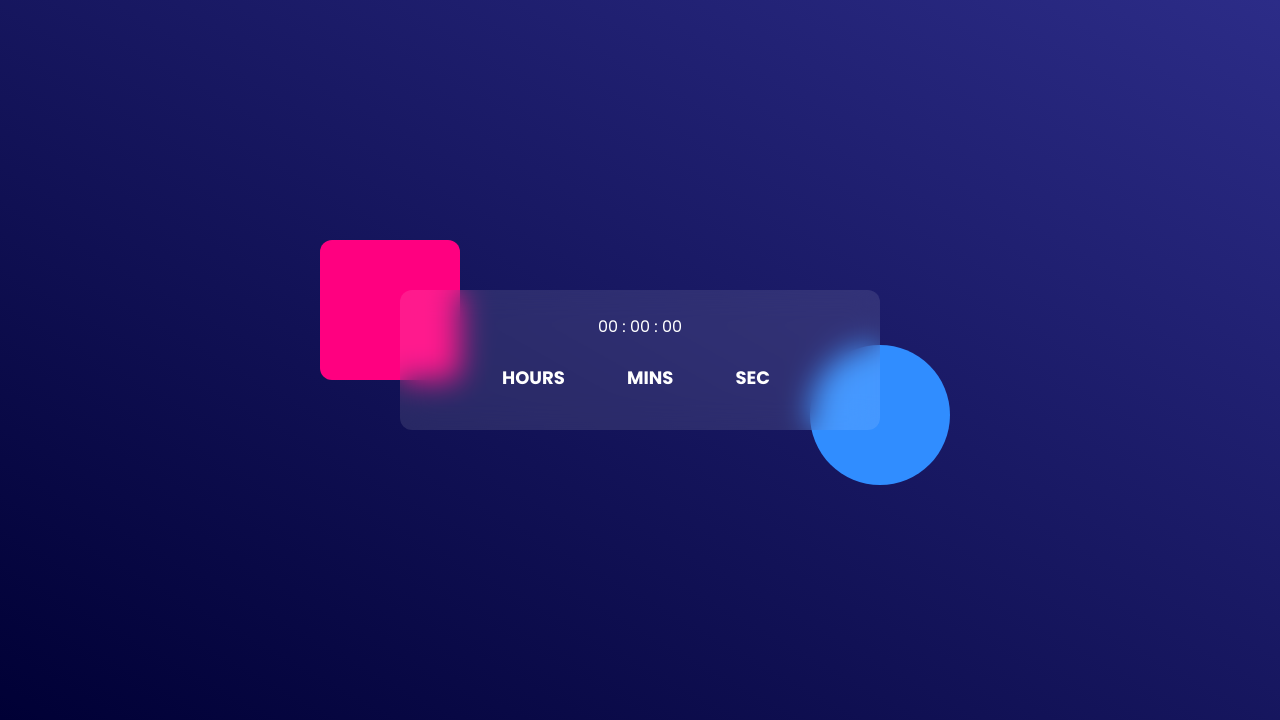
Repository: Ankitkr2021/Digital_Clock
Page: index.html
An editor plug-in stored every save of this project. The page is shown before and after the next save, followed by the edit.
The browser window is 1280 px wide. The pictures show the whole page.

Above is the page before, as saved 2025-10-26 03:51:58.

### index.html
<!DOCTYPE html>
<html lang="en">
<head>
    <meta charset="UTF-8">
    <meta name="viewport" content="width=device-width, initial-scale=1.0">
    <title>Digital clock</title>
    <link rel="stylesheet" href="./style.css">
</head>
<body>
    <div class="pink"></div>
    <div class="clock">
        <spn>00 : 00 : 00</spn>
        <div class="bottom">
            <h4>HOURS</h4>
            <h4>MINS</h4>
            <h4>SEC</h4>
        </div>
    </div>
    <div class="blue"></div>
</body>
</html>

### style.css
@import url("https://fonts.googleapis.com/css2?family=Poppins:wght@100;200;300;400;500;600;700;800;900&display=swap");

*{
    margin: 0;
    padding: 0;
    box-sizing: border-box;
    font-family: "Poppins",sans-serif;
}

body{
    display: flex;
    align-items: center;
    justify-content: center;
    height: 100vh;
    width: 100%;
    background: linear-gradient(to top right, rgb(0, 0, 53), rgba(18, 18, 121, 0.89) );
}


.clock {
    display: flex;
    align-items: center;
    justify-content: space-evenly;
    flex-direction: column;
    background: rgba(255, 255, 255, 0.1);
    width: 480px;
    height: 140px;
    color: #fff;
    z-index: 1;
    overflow: hidden;
    border-radius: 12px;
     backdrop-filter: blur(15px);
  -webkit-backdrop-filter: blur(15px);
}

.pink{
    /* filter: blur(2px); */
    position: relative;
    width: 140px;
    height: 140px;
    bottom: 50px;
    left: 60px;
    background: rgba(255, 0, 128);
    z-index: -1;
    border-radius: 12px;
}

.blue{
    /* filter: blur(2px); */
    position: relative;
    width: 140px;
    height: 140px;
    top: 50px;
    right: 70px;
    background: rgb(48, 141, 255);
    z-index: -1;
    border-radius: 50%;
    margin-top: 10px;
}

h1{
    display: flex;
    align-items: center;
    font-size: 54px;
    font-weight: 300;
    margin-top: 10px;
}

.bottom {
    display: flex;
    justify-content: space-evenly;
    width: 400px;
    font-size: 18px;
    font-weight: 200;
    margin-bottom: 15px;
    padding-right: 8px;
}

After the next save:
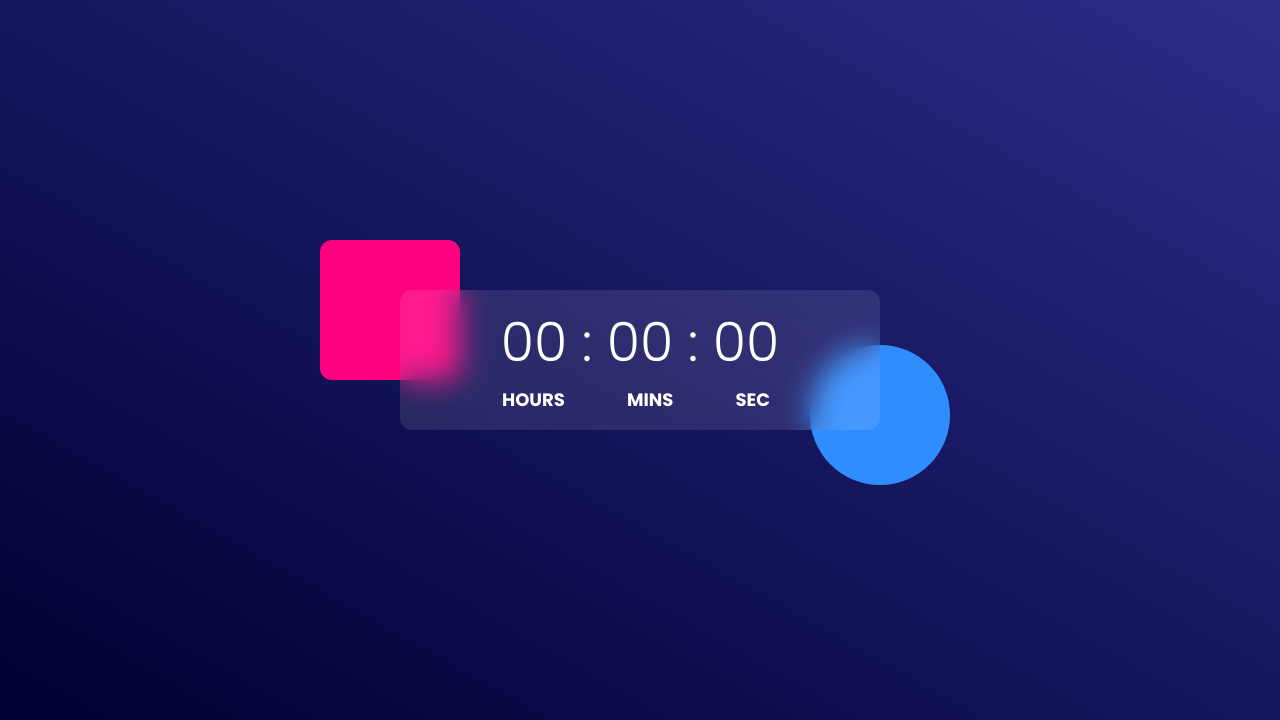
Saved 3 s later.
--- a/index.html
+++ b/index.html
@@ -9,7 +9,7 @@
 <body>
     <div class="pink"></div>
     <div class="clock">
-        <spn>00 : 00 : 00</spn>
+        <h1>00 : 00 : 00</h1>
         <div class="bottom">
             <h4>HOURS</h4>
             <h4>MINS</h4>
